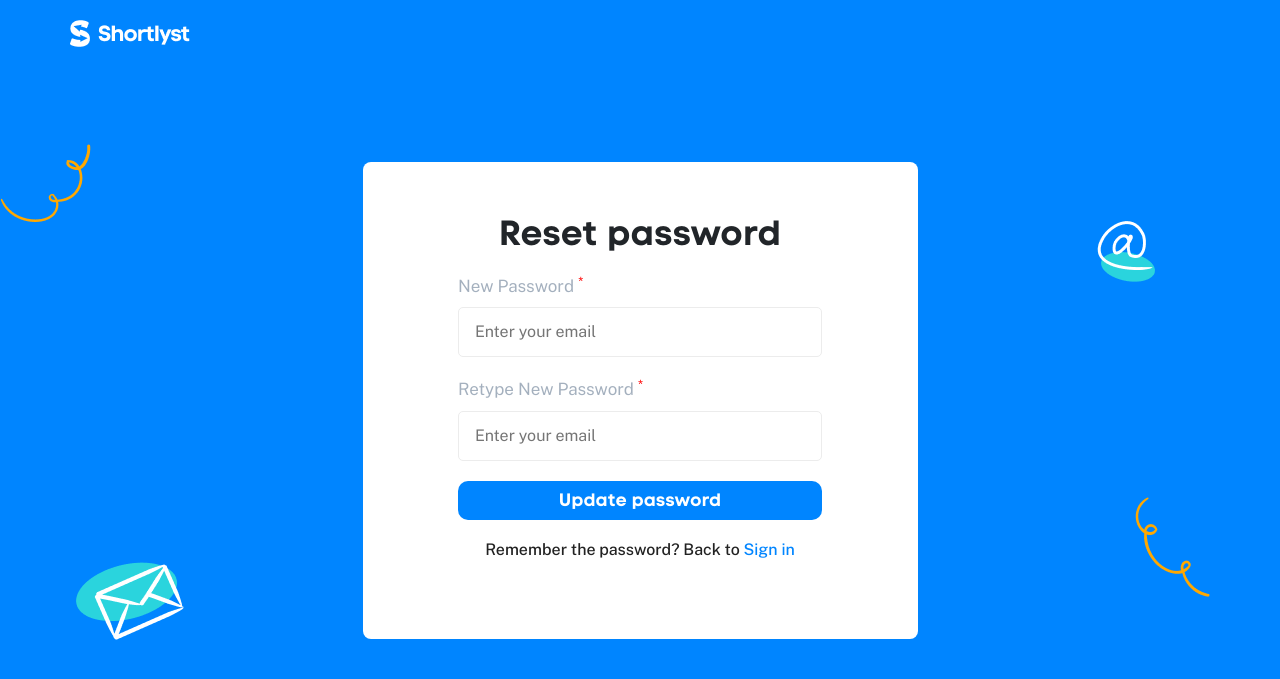
Repository: devtech92/shortlyst-vue
Page: /reset-password
These files come from the project's save history. The page is drawn as it stood at one moment and after the next save; the edit follows.
The browser window is 1280 px wide. The pictures show the whole page.
Some web libraries are served in a nearby version. The project was rebuilt for these pictures with package versions that can differ from the ones it lists, and the page was loaded fresh each time. Also part of the build but not shown: vue.config.js, src/components/layouts/Navigation.vue, src/components/layouts/DefaultLayout.vue, src/views/Home.vue.

Above is the page before, as saved 2021-06-04 22:03:31.

### public/index.html
<!DOCTYPE html>
<html lang="">

<head>
  <meta charset="utf-8">
  <meta http-equiv="X-UA-Compatible" content="IE=edge">
  <meta name="viewport" content="width=device-width,initial-scale=1.0">
  <link rel="icon" href="<%= BASE_URL %>favicon.ico">

  <!-- Styles -->
  <link rel="stylesheet" href="https://cdnjs.cloudflare.com/ajax/libs/font-awesome/5.11.2/css/all.min.css">
  <link rel="stylesheet" href="https://cdn.jsdelivr.net/gh/fancyapps/fancybox@3.5.7/dist/jquery.fancybox.min.css" />
  <link rel="stylesheet" type="text/css" href="css/owl.css">

  <!-- Scripts -->
  <!-- <script rel="preload" as="script" src="https://code.jquery.com/jquery-3.5.1.slim.min.js"
          integrity="sha384-DfXdz2htPH0lsSSs5nCTpuj/zy4C+OGpamoFVy38MVBnE+IbbVYUew+OrCXaRkfj"
          crossorigin="anonymous"></script>
  <script rel="preload" as="script" src="https://cdn.jsdelivr.net/npm/bootstrap@4.6.0/dist/js/bootstrap.bundle.min.js"
          integrity="sha384-Piv4xVNRyMGpqkS2by6br4gNJ7DXjqk09RmUpJ8jgGtD7zP9yug3goQfGII0yAns"
          crossorigin="anonymous"></script> -->
   <script rel="preload"  src="js/jquery.min.js" as="script"></script>
   <script rel="preload" src="js/bootstrap.bundle.min.js" as="script"></script>
  <script rel="preload" src="js/owl.js" as="script"></script>
  <script rel="preload" src="js/custom.js" as="script"></script>

  <title>
    <%= htmlWebpackPlugin.options.title %>
  </title>
</head>

<body>
  <noscript>
    <strong>We're sorry but <%= htmlWebpackPlugin.options.title %> doesn't work properly without JavaScript enabled.
        Please enable it to continue.</strong>
  </noscript>
  <div id="app"></div>
  <!-- built files will be auto injected -->

</body>

</html>

### src/views/ResetPassword.vue
<template>
  <section class="contact-salses forgot-password">
    <div class="container-fluid">
      <div class="row">
        <div class="col-md-12">
          <div class="salse-header">
            <div class="login-logo">
              <router-link to="/">
                <img src="@/assets/images/white-logo.png" />
              </router-link>
            </div>
          </div>
        </div>
      </div>
    </div>
    <div class="container">
      <div class="row">
        <div class="col-md-12">
          <div class="contact-sales">
            <div class="contact-vectors contact-vector">
              <img src="@/assets/images/contact-vector1.png" />
            </div>
            <div class="contact-vectors contact-vector1">
              <img src="@/assets/images/forgot-vector.png" />
            </div>
            <div class="contact-vectors contact-vector2">
              <img src="@/assets/images/contact-vector5.png" />
            </div>
            <div class="contact-vectors contact-vector3">
              <img src="@/assets/images/contact-vector3.png" />
            </div>
            <div class="contacts-sales">
              <div class="salse-title">
                <h3>Reset password</h3>
              </div>
              <form action="" class="contact-form">
                <div class="forgot-pass">
                  <div class="form-rows">
                    <label>New Password <sup>*</sup></label>
                    <input
                      type="paswword"
                      class="general-field"
                      placeholder="Enter your email"
                    />
                  </div>
                  <div class="form-rows">
                    <label>Retype New Password <sup>*</sup></label>
                    <input
                      type="paswword"
                      class="general-field"
                      placeholder="Enter your email"
                    />
                  </div>
                  <div class="form-rows">
                    <button class="btn btn-blue">
                      Update password
                    </button>
                  </div>
                  <div class="form-rows">
                    <h6>
                      Remember the password? Back to
                      <router-link to="/login">Sign in</router-link>
                    </h6>
                  </div>
                </div>
              </form>
            </div>
          </div>
        </div>
      </div>
    </div>
  </section>
</template>


<script>
// @ is an alias to /src

import GuestLayout from "@/components/layouts/GuestLayout.vue";

export default {
  name: "ForgotPassword",
  components: {
    // ,
  },
  created() {
    this.$emit(`update:layout`, GuestLayout);
  },
  mounted() {},
};
</script>

### src/assets/scss/_variables.scss
// Body
// $body-bg: #f8fafc;

// Typography
// $font-family-sans-serif: "Nunito",
// sans-serif;
// $font-size-base: 0.9rem;
// $line-height-base: 1.6;

// Colors
// $primary: #F97D02;
// $dark: #131921;
// $dark-grey:#212A39;

// Colors
$blue: #3490dc;
$indigo: #6574cd;
$purple: #9561e2;
$pink: #f66d9b;
$red: #e3342f;
$orange: #f6993f;
$yellow: #ffed4a;
$green: #38c172;
$teal: #4dc0b5;
$cyan: #6cb2eb;
// $input-color: $dark !important;
// $input-border-color: lighten($dark, 30%) !important;

### src/components/layouts/GuestLayout.vue
<template>
  <div>
    <slot />
  </div>
</template>
<script>
export default {
  name: "GuestLayoutView",
};
</script>
<style></style>

### public/css/owl.css
/**
 * Owl Carousel v2.3.4
 * Copyright 2013-2018 David Deutsch
 * Licensed under: SEE LICENSE IN https://github.com/OwlCarousel2/OwlCarousel2/blob/master/LICENSE
 */
.owl-carousel,.owl-carousel .owl-item{-webkit-tap-highlight-color:transparent;position:relative}.owl-carousel{display:none;width:100%;z-index:1}.owl-carousel .owl-stage{position:relative;-ms-touch-action:pan-Y;touch-action:manipulation;-moz-backface-visibility:hidden}.owl-carousel .owl-stage:after{content:".";display:block;clear:both;visibility:hidden;line-height:0;height:0}.owl-carousel .owl-stage-outer{position:relative;overflow:hidden;-webkit-transform:translate3d(0,0,0)}.owl-carousel .owl-item,.owl-carousel .owl-wrapper{-webkit-backface-visibility:hidden;-moz-backface-visibility:hidden;-ms-backface-visibility:hidden;-webkit-transform:translate3d(0,0,0);-moz-transform:translate3d(0,0,0);-ms-transform:translate3d(0,0,0)}.owl-carousel .owl-item{min-height:1px;float:left;-webkit-backface-visibility:hidden;-webkit-touch-callout:none}.owl-carousel .owl-item img{display:block;width:100%}.owl-carousel .owl-dots.disabled,.owl-carousel .owl-nav.disabled{display:none}.no-js .owl-carousel,.owl-carousel.owl-loaded{display:block}.owl-carousel .owl-dot,.owl-carousel .owl-nav .owl-next,.owl-carousel .owl-nav .owl-prev{cursor:pointer;-webkit-user-select:none;-khtml-user-select:none;-moz-user-select:none;-ms-user-select:none;user-select:none}.owl-carousel .owl-nav button.owl-next,.owl-carousel .owl-nav button.owl-prev,.owl-carousel button.owl-dot{background:0 0;color:inherit;border:none;padding:0!important;font:inherit}.owl-carousel.owl-loading{opacity:0;display:block}.owl-carousel.owl-hidden{opacity:0}.owl-carousel.owl-refresh .owl-item{visibility:hidden}.owl-carousel.owl-drag .owl-item{-ms-touch-action:pan-y;touch-action:pan-y;-webkit-user-select:none;-moz-user-select:none;-ms-user-select:none;user-select:none}.owl-carousel.owl-grab{cursor:move;cursor:grab}.owl-carousel.owl-rtl{direction:rtl}.owl-carousel.owl-rtl .owl-item{float:right}.owl-carousel .animated{animation-duration:1s;animation-fill-mode:both}.owl-carousel .owl-animated-in{z-index:0}.owl-carousel .owl-animated-out{z-index:1}.owl-carousel .fadeOut{animation-name:fadeOut}@keyframes fadeOut{0%{opacity:1}100%{opacity:0}}.owl-height{transition:height .5s ease-in-out}.owl-carousel .owl-item .owl-lazy{opacity:0;transition:opacity .4s ease}.owl-carousel .owl-item .owl-lazy:not([src]),.owl-carousel .owl-item .owl-lazy[src^=""]{max-height:0}.owl-carousel .owl-item img.owl-lazy{transform-style:preserve-3d}.owl-carousel .owl-video-wrapper{position:relative;height:100%;background:#000}.owl-carousel .owl-video-play-icon{position:absolute;height:80px;width:80px;left:50%;top:50%;margin-left:-40px;margin-top:-40px;background:url(owl.video.play.png) no-repeat;cursor:pointer;z-index:1;-webkit-backface-visibility:hidden;transition:transform .1s ease}.owl-carousel .owl-video-play-icon:hover{-ms-transform:scale(1.3,1.3);transform:scale(1.3,1.3)}.owl-carousel .owl-video-playing .owl-video-play-icon,.owl-carousel .owl-video-playing .owl-video-tn{display:none}.owl-carousel .owl-video-tn{opacity:0;height:100%;background-position:center center;background-repeat:no-repeat;background-size:contain;transition:opacity .4s ease}.owl-carousel .owl-video-frame{position:relative;z-index:1;height:100%;width:100%}

Loaded but not shown: src/App.vue (common file); public/js/jquery.min.js (library); public/js/bootstrap.bundle.min.js (library); public/js/owl.js (3448 lines, source omitted); src/router/index.js (116 lines, source omitted); src/assets/js/custom.js (84 lines, source omitted); public/js/custom.js (75 lines, source omitted); src/main.js (26 lines, source omitted); src/assets/scss/app.scss (2854 lines, source omitted)

After the next save:
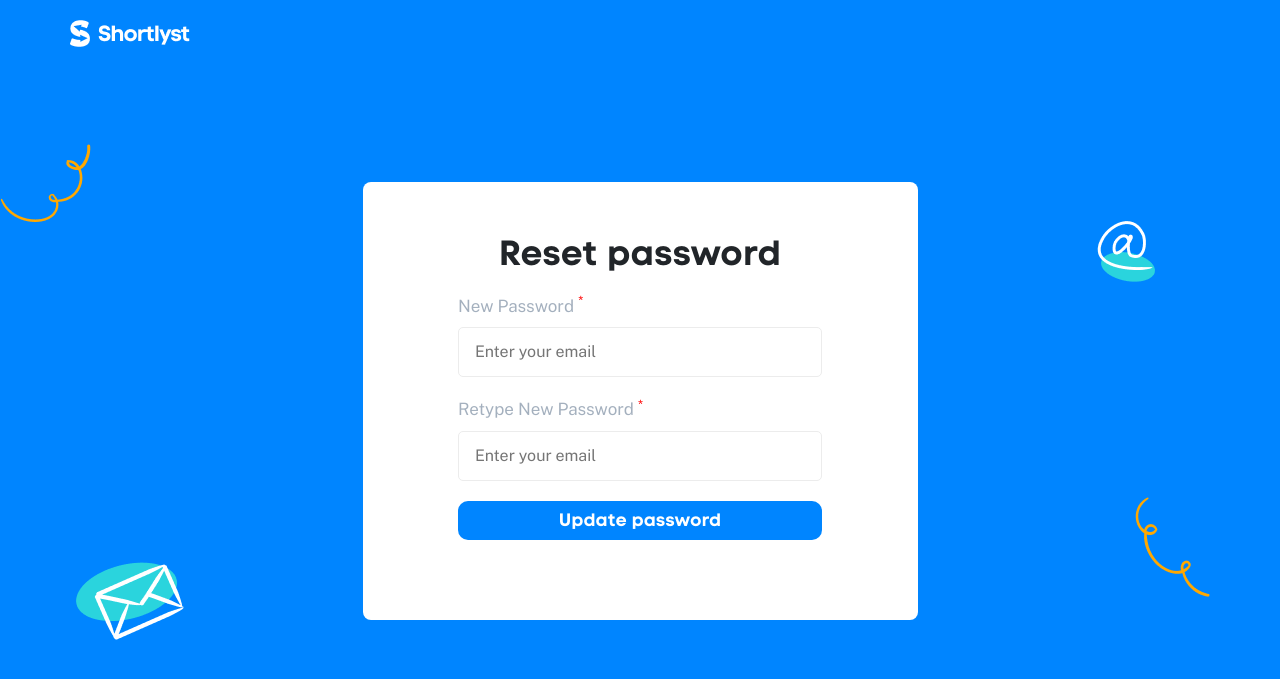
Saved 18 s later.
--- a/src/views/ResetPassword.vue
+++ b/src/views/ResetPassword.vue
@@ -56,12 +56,7 @@
                       Update password
                     </button>
                   </div>
-                  <div class="form-rows">
-                    <h6>
-                      Remember the password? Back to
-                      <router-link to="/login">Sign in</router-link>
-                    </h6>
-                  </div>
+
                 </div>
               </form>
             </div>
